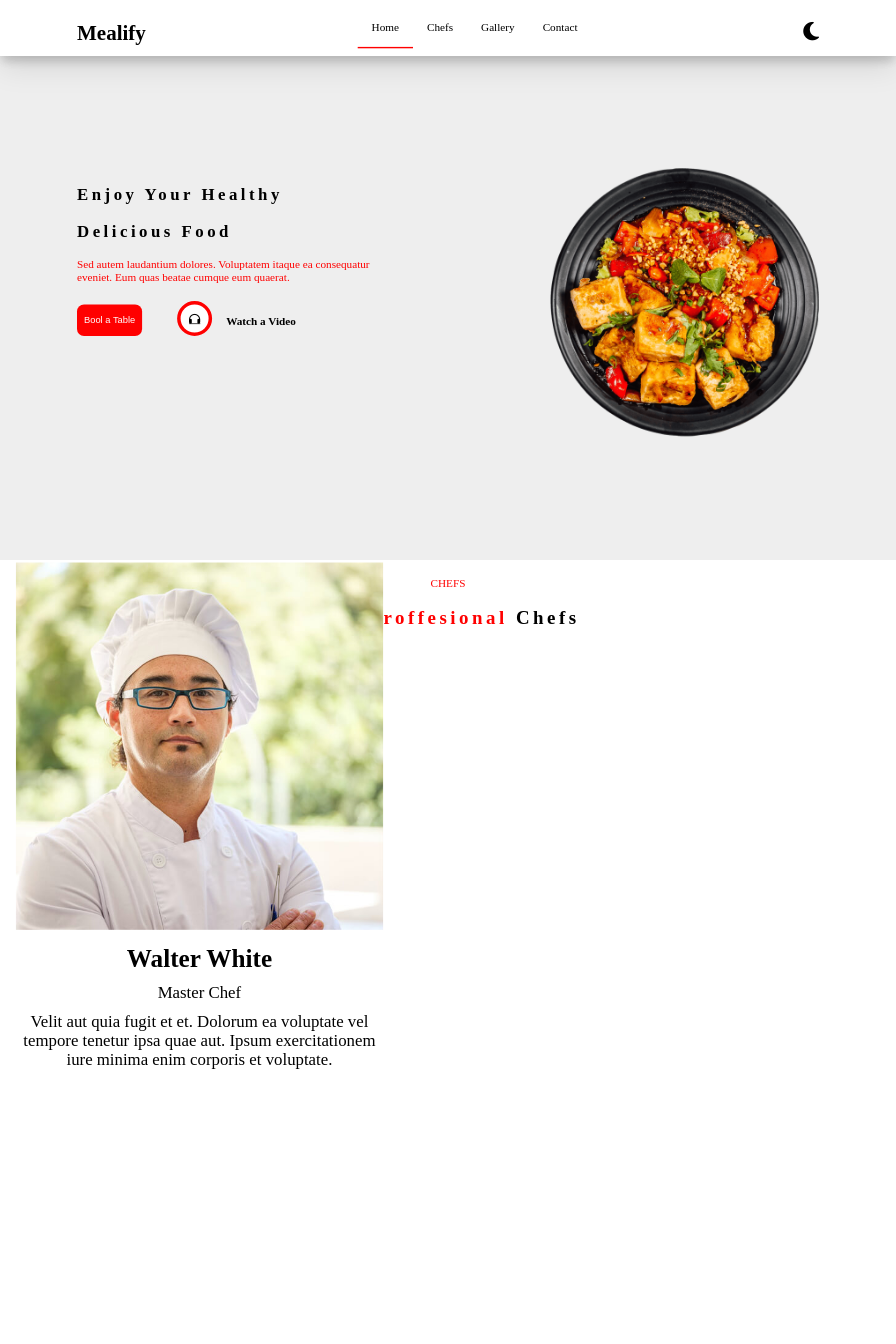
Repository: Ahmedalid/New-project
Page: Rout/index.html
The author's editor kept a copy of each file at every save. The page is drawn from the files as they stood at one save, then again after a run of saves.
The browser window is 1280 px wide. The pictures show the part of the page from y = 0 to 1920 px (the page is 5000 px tall), at 70% of full size.
The pointer rests on the first visible `.card-img`.

Above is the page before, as saved 2023-06-08 11:06:52.

### Rout/index.html
<!DOCTYPE html>
<html lang="en">

<head>
    <meta charset="UTF-8">
    <meta http-equiv="X-UA-Compatible" content="IE=edge">
    <meta name="viewport" content="width=device-width, initial-scale=1.0">
    <link rel="stylesheet" href="https://cdnjs.cloudflare.com/ajax/libs/font-awesome/6.4.0/css/all.min.css">
    <link rel="stylesheet" href="css/style.css">
    <title>Document</title>
</head>

<body>
    <!-- Start NavBar -->
    <nav>
        <div class="div-nav">
            <div class="nav-logo">
                <h1>Mealify</h1>
            </div>
            <div class="nav-item">
                <ul>
                    <li><a href="default.asp" class="home-actiev">Home</a></li>
                    <li><a href="" class="text-color">Chefs</a></li>
                    <li><a href="" class="text-color">Gallery</a></li>
                    <li><a href="" class="text-color">Contact</a></li>
                </ul>
            </div>
            <div class="nav-icon">
                <span><i class="fa-solid fa-moon"></i></span>
            </div>
        </div>
    </nav>
    <!-- End NavBar -->

    <!-- Start Header -->
    <header>
        <div class="div-header">
            <div class="content-header container">
                <h2 class="mt li">Enjoy Your Healthy</h2>
                <h2 class="mt li">Delicious Food</h2>
                <p class="mt text-color">Sed autem laudantium dolores. Voluptatem itaque ea consequatur eveniet.
                    Eum quas beatae cumque eum quaerat.</p>
                <div class="d-flex">
                    <button class="btn-Boolatable">Bool a Table</button>
                    <div class="d-flex mt  ">
                        <a href="" class="icone-headphones"> <span class="headphones d-center"> <i
                                    class="fa-solid fa-headphones "></i></span> </a>
                        <span class="Video">Watch a Video</span>
                    </div>
                </div>
            </div>
            <div class="content-header container">
                <div class="img-header ">
                    <img src="img/hero-img.png" alt="">
                </div>
            </div>
        </div>
    </header>
    <!-- End Header -->
    <section class="container">
        <p class="text-center text-color mt">CHEFS</p>
        <h5 class="li text-center our-section mt">
            Our
            <span class="text-color">Proffesional</span>
            Chefs
        </h5>
        <!-- Card And Img -->
        <div class="mt card-img">
            <div class="">
                <img src="img/chefs-3.jpg" alt="">
                <h2 class="text-center mt-1">Walter White </h5>
                <p class="text-center mt-1">Master Chef</p>
                <p class="text-center mt-1">
                    Velit aut quia fugit et et. Dolorum ea voluptate vel
                     tempore tenetur ipsa quae aut. Ipsum
                    exercitationem iure minima enim corporis et voluptate.
                </p>

            </div>
        </div>
    </section>
</body>

</html>

### Rout/css/style.css
*{
    margin: 0;
    padding: 0;
    box-sizing: border-box;
}
body{
    height: 5000px;
}
nav{
    box-shadow: 0px 16px 43px 0px rgba(0,0,0,0.1),0px 10px 15px -3px rgba(0,0,0,0.1),0px 10px 15px -3px rgba(0,0,0,0.1);
       height: 80px;
       position: sticky;
       top: 0;
       left: 0;
       overflow: auto;
       background-color: white;
}
.div-nav{
     margin: auto 110px;
    display: flex;
   margin-top: 30px;
    justify-content: space-between;
}
.container{
    margin: auto 110px;
}
.nav-item ul li{
    list-style: none;

    width: 100%;

}
.nav-item ul li a{
     text-decoration: none;
     color: black;
     padding: 20px;
     outline: none;
     transition: 0.5;
     font-weight: 400;
}
.nav-item ul li a:hover{
    border-bottom: 2px solid red;
}
.nav-item ul {
          display: flex;
    justify-content: space-between;

}
.nav-logo h1{
    font-weight: bold;
    font-size: 30px;
}
.home-actiev{
    border-bottom: 2px solid red;
    font-weight: bold;
}
.nav-icon span i{
    font-size: 30px;
}
/* End NavBar */
/* Start Header */
/* Start Header */
.div-header{
    display: flex;
}
header{
    background-color: #eeeeee;
    overflow: auto;
    height: 100vh;
}
.content-header{
  margin-top: 160px;
}
img{
    width: 100%;
}
.mt{
    margin-top: 25px;
}
.li{
    letter-spacing: 5px;
}
.text-color{
    color: #7f7f90;
}
.d-flex{
    display: flex;
}
.btn-Boolatable{
    border: none;
    outline: none;
    background-color: red;
    color: white;
    padding: 10px;
    border-radius: 10px;
    margin-top: 30px;
}
.headphones{
    background-color: white;
    border-radius: 50%;
    width: 50px;
    height: 50px;
    border: 5px solid red;
    margin-left: 50px;
    cursor: pointer;
}
.d-center{
    display: flex;
    justify-content: center;
    align-items: center;
}
.Video{
    margin-top: 20px;
    margin-left: 20px;
    font-weight: bold;
    cursor: pointer;
    transition: 0.5s;
}
.Video:hover{
    color: red;
}
.icone-headphones{
    color: black;
    list-style: none;
}

.text-center{
    text-align: center;
    /* margin-top: 50px; */
}
.text-color{
    color: red;
}
.our-section{
    font-size: 27px;
}
.card-img{
    width: 33%;
    display: inline-block;
    transition: 0.5s;
}
.mt-1{
    margin-top: 10px;
}
.card-img h4{
    font-weight:bold;
}
.card-img:hover{
    transform: scale(1.5 , 1.5);
    cursor: pointer;
    transition: 0.5s;
}

After the next 2 saves:
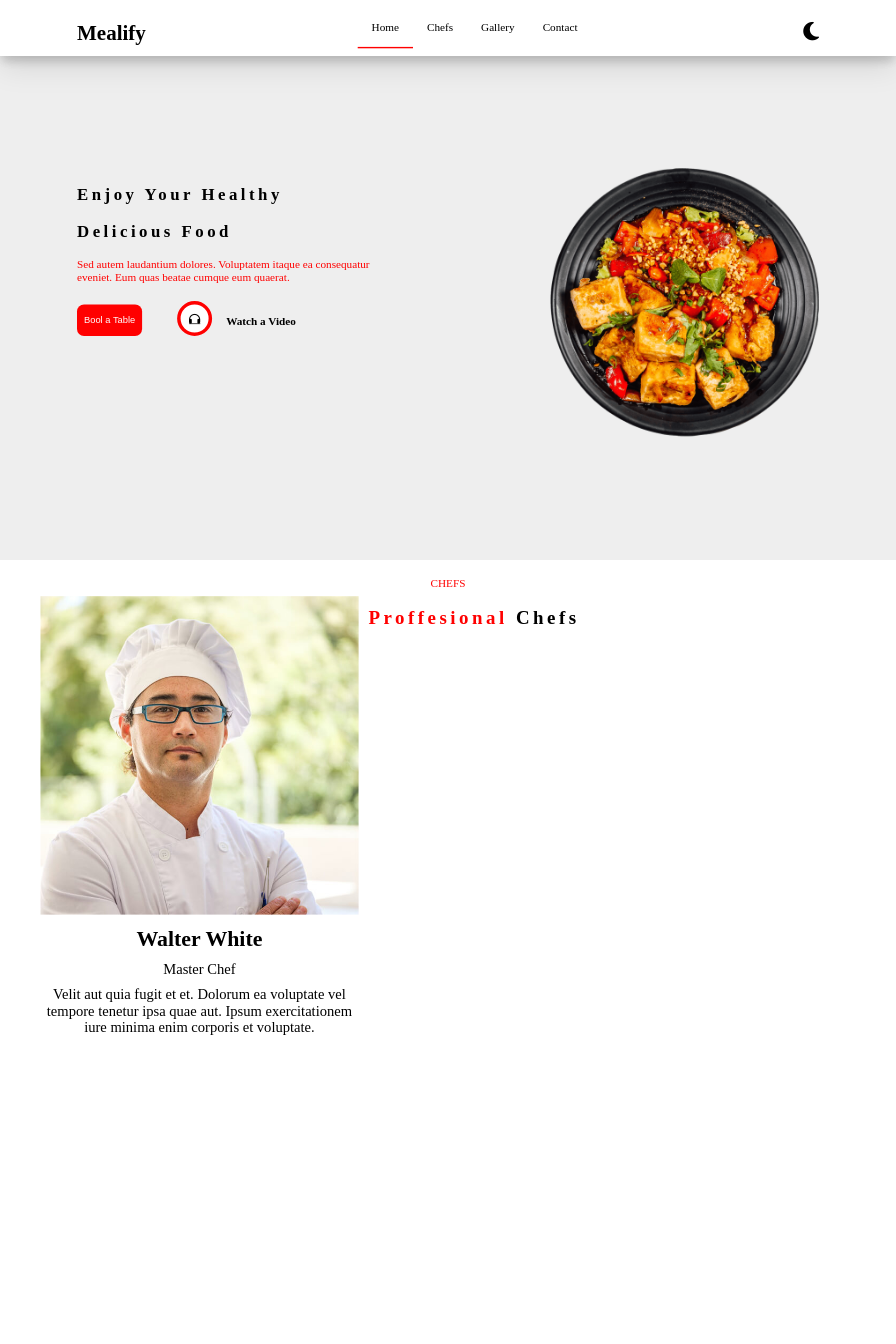
The 2 saves are shown as one change because they came seconds apart.
The last was saved 12 s later.
--- a/Rout/css/style.css
+++ b/Rout/css/style.css
@@ -146,7 +146,7 @@ img{
     font-weight:bold;
 }
 .card-img:hover{
-    transform: scale(1.5 , 1.5);
+    transform: scale(1.3 , 1.3);
     cursor: pointer;
     transition: 0.5s;
 }
